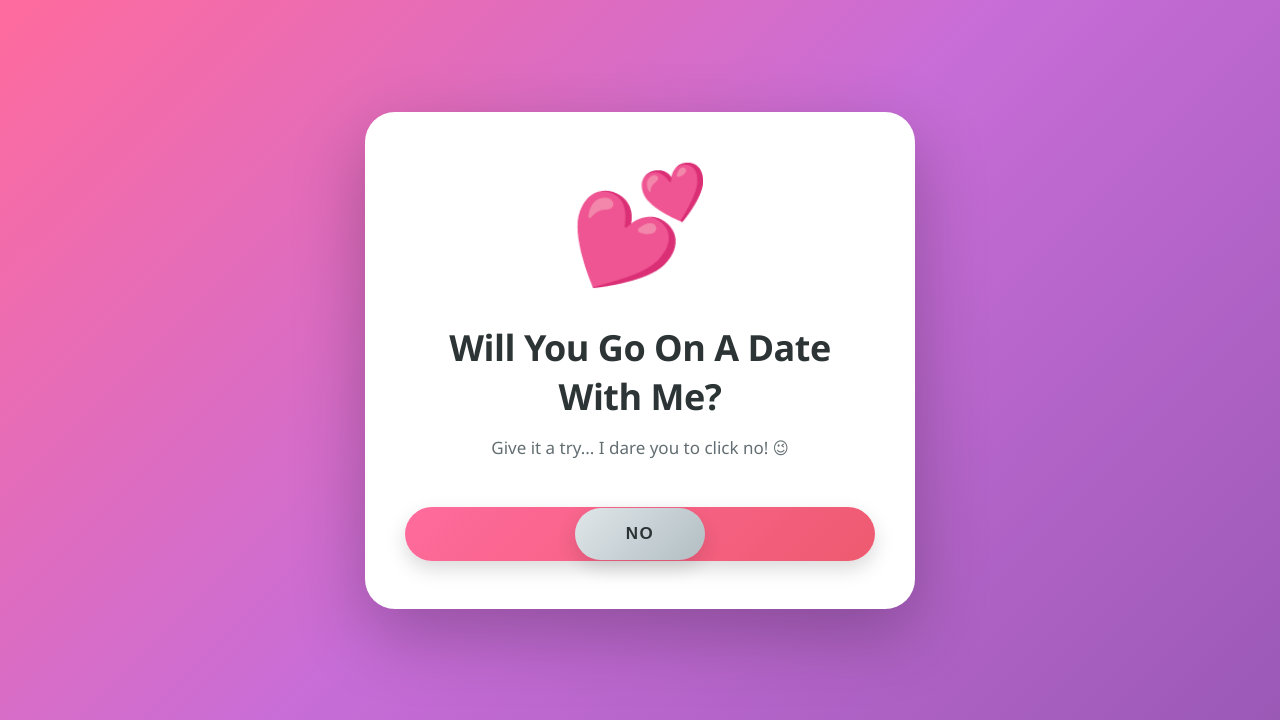
Repository: Cryuis/date-me-website
Page: index.html
The author's editor kept a copy of each file at every save. The page is drawn from the files as they stood at one save, then again after the next save.
The browser window is 1280 px wide. The pictures show the whole page.

Above is the page before, as saved 2026-05-29 16:51:39.

### index.html
<!doctype html>
<html lang="en">
  <head>
    <meta charset="UTF-8" />
    <meta name="viewport" content="width=device-width, initial-scale=1.0" />
    <title>Will You Go on a Date?</title>
    <style>
      * {
        margin: 0;
        padding: 0;
        box-sizing: border-box;
      }

      body {
        font-family: "Segoe UI", Tahoma, Geneva, Verdana, sans-serif;
        min-height: 100vh;
        display: flex;
        justify-content: center;
        align-items: center;
        background: linear-gradient(
          135deg,
          #ff6b9d 0%,
          #c86dd7 50%,
          #9b59b6 100%
        );
        padding: 15px;
        overflow-x: hidden;
      }

      .container {
        background: white;
        border-radius: 30px;
        padding: 40px;
        text-align: center;
        box-shadow: 0 25px 70px rgba(0, 0, 0, 0.25);
        max-width: 550px;
        width: 100%;
        backdrop-filter: blur(10px);
        animation: slideUp 0.6s ease-out;
      }

      @keyframes slideUp {
        from {
          opacity: 0;
          transform: translateY(30px);
        }
        to {
          opacity: 1;
          transform: translateY(0);
        }
      }

      .heart {
        font-size: 100px;
        margin-bottom: 20px;
        animation: heartbeat 1.2s infinite;
        display: inline-block;
      }

      @keyframes heartbeat {
        0%,
        100% {
          transform: scale(1);
        }
        25% {
          transform: scale(1.15);
        }
        50% {
          transform: scale(1);
        }
      }

      h1 {
        color: #2d3436;
        font-size: 36px;
        margin: 15px 0;
        font-weight: 700;
        letter-spacing: -0.5px;
      }

      .subtitle {
        color: #636e72;
        font-size: 17px;
        margin-bottom: 40px;
        font-weight: 500;
      }

      .button-container {
        display: flex;
        gap: 20px;
        justify-content: center;
        flex-wrap: wrap;
        position: relative;
        min-height: 70px;
        align-items: center;
      }

      button {
        padding: 16px 45px;
        font-size: 17px;
        border: none;
        border-radius: 50px;
        cursor: pointer;
        transition: all 0.3s cubic-bezier(0.34, 1.56, 0.64, 1);
        font-weight: 700;
        text-transform: uppercase;
        letter-spacing: 1.5px;
        box-shadow: 0 8px 20px rgba(0, 0, 0, 0.15);
        -webkit-tap-highlight-color: transparent;
      }

      .yes-btn {
        background: linear-gradient(135deg, #ff6b9d, #ee5a6f);
        color: white;
        flex: 1;
        min-width: 130px;
        font-size: 18px;
      }

      .yes-btn:hover {
        transform: scale(1.08);
        box-shadow: 0 15px 35px rgba(255, 107, 107, 0.5);
      }

      .yes-btn:active {
        transform: scale(0.95);
      }

      .no-btn {
        background: linear-gradient(135deg, #dfe6e9, #b2bec3);
        color: #2d3436;
        position: absolute;
        min-width: 130px;
        font-weight: 700;
        box-shadow: 0 8px 20px rgba(0, 0, 0, 0.12);
      }

      .no-btn:hover {
        background: linear-gradient(135deg, #b2bec3, #a4afb9);
      }

      .success-message {
        display: none;
        animation: fadeIn 0.6s ease-out;
      }

      @keyframes fadeIn {
        from {
          opacity: 0;
          transform: scale(0.7);
        }
        to {
          opacity: 1;
          transform: scale(1);
        }
      }

      .success-message h2 {
        color: #ff6b9d;
        font-size: 32px;
        margin: 20px 0;
        font-weight: 700;
      }

      .success-message p {
        color: #636e72;
        font-size: 17px;
        margin: 12px 0;
        font-weight: 500;
      }

      .celebration {
        font-size: 70px;
        animation: float 2s ease-in-out infinite;
        display: inline-block;
        margin: 10px 5px;
      }

      .celebration-line {
        display: flex;
        justify-content: center;
        gap: 10px;
        margin: 15px 0;
        flex-wrap: wrap;
      }

      @keyframes float {
        0%,
        100% {
          transform: translateY(0px);
        }
        50% {
          transform: translateY(-15px);
        }
      }

      @keyframes spin {
        from {
          transform: rotate(0deg);
        }
        to {
          transform: rotate(360deg);
        }
      }

      .spin {
        animation: spin 1s linear infinite;
      }

      /* Mobile Optimization */
      @media (max-width: 768px) {
        body {
          padding: 12px;
        }

        .container {
          padding: 30px;
          border-radius: 25px;
        }

        h1 {
          font-size: 28px;
          margin: 12px 0;
        }

        .heart {
          font-size: 80px;
          margin-bottom: 15px;
        }

        .subtitle {
          font-size: 15px;
          margin-bottom: 30px;
        }

        .button-container {
          min-height: 65px;
          gap: 15px;
        }

        button {
          padding: 14px 40px;
          font-size: 16px;
          letter-spacing: 1px;
          min-width: 120px;
        }

        .yes-btn {
          font-size: 16px;
        }

        .celebration {
          font-size: 60px;
          margin: 8px 4px;
        }

        .success-message h2 {
          font-size: 28px;
        }

        .success-message p {
          font-size: 16px;
        }
      }

      @media (max-width: 480px) {
        .container {
          padding: 25px;
          border-radius: 20px;
        }

        h1 {
          font-size: 24px;
          margin: 10px 0;
        }

        .heart {
          font-size: 70px;
          margin-bottom: 12px;
        }

        .subtitle {
          font-size: 14px;
          margin-bottom: 25px;
        }

        .button-container {
          min-height: 60px;
          gap: 12px;
        }

        button {
          padding: 12px 35px;
          font-size: 15px;
          letter-spacing: 0.8px;
          min-width: 110px;
          border-radius: 45px;
        }

        .yes-btn {
          font-size: 15px;
        }

        .celebration {
          font-size: 50px;
          margin: 6px 3px;
        }

        .success-message h2 {
          font-size: 24px;
          margin: 15px 0;
        }

        .success-message p {
          font-size: 15px;
          margin: 8px 0;
        }
      }
    </style>
  </head>
  <body>
    <div class="container">
      <div id="question">
        <div class="heart">💕</div>
        <h1>Will You Go On A Date With Me?</h1>
        <p class="subtitle">Give it a try... I dare you to click no! 😉</p>

        <div class="button-container">
          <button class="yes-btn" onclick="handleYes()">YES! 💘</button>
          <button
            class="no-btn"
            id="noBtn"
            onmouseenter="avoidCursor()"
            ontouchstart="avoidCursor()"
          >
            NO
          </button>
        </div>
      </div>

      <div id="success" class="success-message">
        <div class="celebration-line">
          <div class="celebration">🎉</div>
          <div class="celebration">✨</div>
          <div class="celebration">🎉</div>
        </div>
        <h2>YES!!! 🥰</h2>
        <p>You've made me the happiest person ever!</p>
        <p
          style="
            margin: 20px 0;
            font-size: 19px;
            color: #ff6b9d;
            font-weight: 700;
          "
        >
          You're absolutely wonderful! 💕
        </p>
        <div class="celebration-line">
          <div class="celebration">💑</div>
          <div class="celebration">💘</div>
          <div class="celebration">💑</div>
        </div>
        <p style="margin-top: 25px; font-size: 16px">
          Let's make this the best date ever... 🌹
        </p>
      </div>
    </div>

    <script>
      const noBtn = document.getElementById("noBtn");
      const questionSection = document.getElementById("question");
      const successSection = document.getElementById("success");

      function avoidCursor() {
        // Generate random position with more dynamic movement
        const isMobile = window.innerWidth <= 768;

        // Move button away from cursor
        const containerRect = noBtn.parentElement.getBoundingClientRect();
        const containerCenterX = containerRect.left + containerRect.width / 2;
        const containerCenterY = containerRect.top + containerRect.height / 2;

        // Calculate random offset away from center - larger for mobile
        const offsetX = (Math.random() - 0.5) * (isMobile ? 250 : 350);
        const offsetY = (Math.random() - 0.5) * (isMobile ? 250 : 350);

        // Clamp to screen bounds
        const newLeft = Math.max(
          10,
          Math.min(containerCenterX + offsetX - 60, window.innerWidth - 140),
        );
        const newTop = Math.max(
          60,
          Math.min(containerCenterY + offsetY - 30, window.innerHeight - 100),
        );

        noBtn.style.position = "fixed";
        noBtn.style.left = newLeft + "px";
        noBtn.style.top = newTop + "px";
        noBtn.style.zIndex = "9999";

        // Add fun message with random excuses
        const excuses = [
          "You can't catch me! 😆",
          "Not so fast! 🏃",
          "Come on, try again! 😜",
          "I'm too fast for you! ⚡",
          "You don't want to click that anyway! 😏",
          "There's only YES here! 💕",
          "Nice try! 😄",
          "Get me if you can! 🚀",
        ];

        // Randomly show a message (40% chance)
        if (Math.random() > 0.6) {
          const excuse = excuses[Math.floor(Math.random() * excuses.length)];
          // Optional: display in console for fun
        }
      }

      // Also handle when trying to click the button directly
      noBtn.addEventListener("click", (e) => {
        e.preventDefault();
        e.stopPropagation();
        avoidCursor();
        return false;
      });

      // Handle touch on mobile
      noBtn.addEventListener("touchmove", (e) => {
        e.preventDefault();
        e.stopPropagation();
        avoidCursor();
      });

      // Add touch event for mobile
      noBtn.addEventListener("touchstart", (e) => {
        e.preventDefault();
        e.stopPropagation();
        avoidCursor();
        return false;
      });

      // Prevent any default behavior on the button
      document.addEventListener("touchmove", (e) => {
        if (e.target === noBtn) {
          e.preventDefault();
        }
      });

      function handleYes() {
        questionSection.style.display = "none";
        successSection.style.display = "block";

        // Create confetti effect
        createConfetti();
      }

      function createConfetti() {
        const colors = [
          "#ff6b9d",
          "#ff8787",
          "#ffa5a5",
          "#ffe066",
          "#69db7c",
          "#a8e6cf",
          "#74b9ff",
          "#a29bfe",
        ];
        const emojis = ["🎉", "💕", "✨", "🎊", "💘", "🌹", "⭐", "💖"];

        // Create more confetti pieces
        for (let i = 0; i < 80; i++) {
          const confetti = document.createElement("div");
          const useEmoji = Math.random() > 0.5;

          confetti.style.position = "fixed";
          confetti.style.left = Math.random() * 100 + "%";
          confetti.style.top = "-10px";
          confetti.style.pointerEvents = "none";
          confetti.style.zIndex = "9998";

          if (useEmoji) {
            confetti.style.fontSize = "24px";
            confetti.textContent =
              emojis[Math.floor(Math.random() * emojis.length)];
            confetti.style.animation = `fall ${Math.random() * 2 + 2.5}s linear`;
          } else {
            confetti.style.width = "10px";
            confetti.style.height = "10px";
            confetti.style.background =
              colors[Math.floor(Math.random() * colors.length)];
            confetti.style.borderRadius = "50%";
            confetti.style.animation = `fall ${Math.random() * 2 + 2.5}s linear`;
          }

          document.body.appendChild(confetti);
          setTimeout(() => confetti.remove(), 5000);
        }
      }

      // Add confetti animation
      const style = document.createElement("style");
      style.textContent = `
            @keyframes fall {
                to {
                    transform: translateY(100vh) rotate(360deg);
                    opacity: 0;
                }
            }
        `;
      document.head.appendChild(style);
    </script>
  </body>
</html>

After the next save:
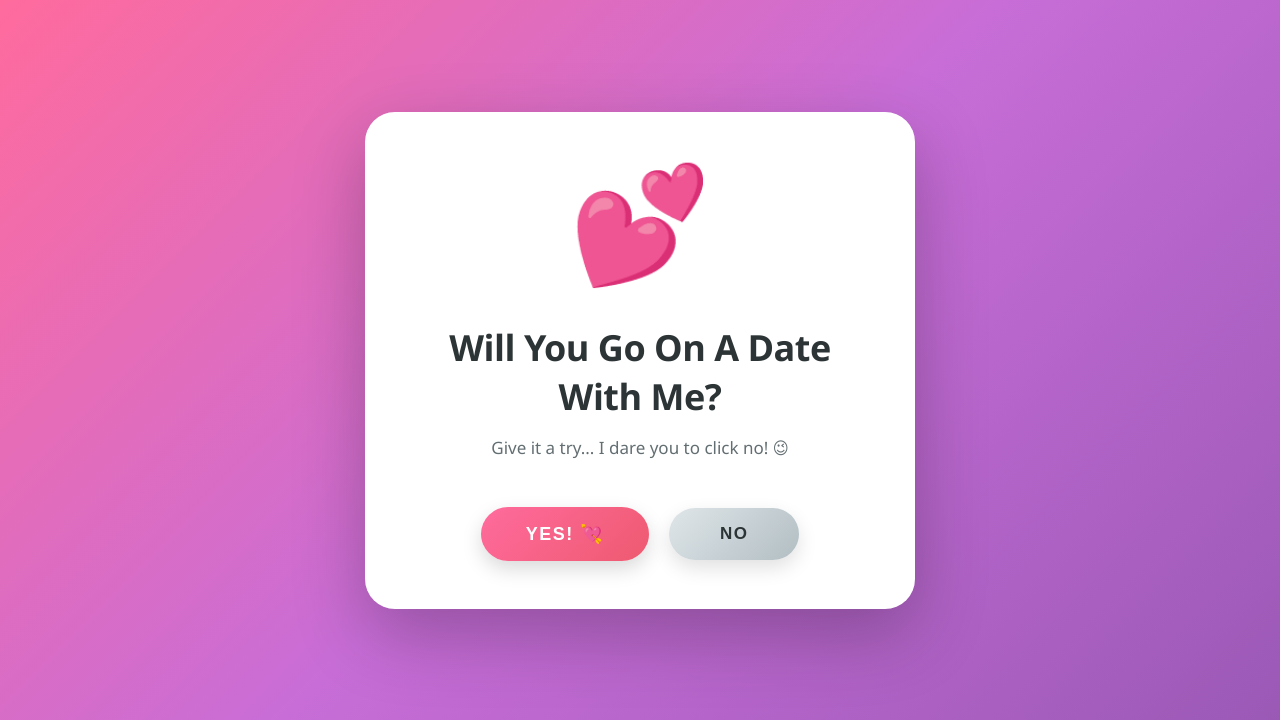
Saved 61 s later.
--- a/index.html
+++ b/index.html
@@ -89,10 +89,9 @@
         display: flex;
         gap: 20px;
         justify-content: center;
+        align-items: center;
         flex-wrap: wrap;
-        position: relative;
         min-height: 70px;
-        align-items: center;
       }
 
       button {
@@ -107,14 +106,15 @@
         letter-spacing: 1.5px;
         box-shadow: 0 8px 20px rgba(0, 0, 0, 0.15);
         -webkit-tap-highlight-color: transparent;
+        outline: none;
       }
 
       .yes-btn {
         background: linear-gradient(135deg, #ff6b9d, #ee5a6f);
         color: white;
-        flex: 1;
         min-width: 130px;
         font-size: 18px;
+        flex-shrink: 0;
       }
 
       .yes-btn:hover {
@@ -129,10 +129,10 @@
       .no-btn {
         background: linear-gradient(135deg, #dfe6e9, #b2bec3);
         color: #2d3436;
-        position: absolute;
         min-width: 130px;
         font-weight: 700;
         box-shadow: 0 8px 20px rgba(0, 0, 0, 0.12);
+        flex-shrink: 0;
       }
 
       .no-btn:hover {
